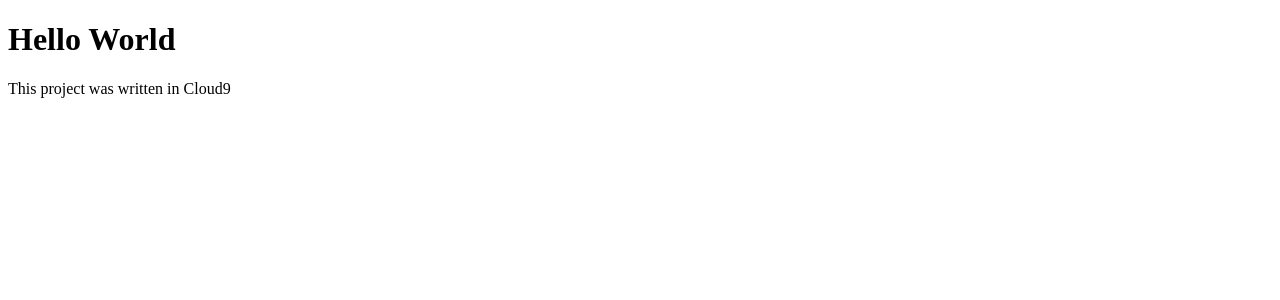
Repository: Christopher-Simpson/My-first-website
Page: Stream One.html
The author's editor kept a record of every edit. The page is drawn from the files as they stood at one moment, then again after the next edit.
The browser window is 1280 px wide. The pictures show the whole page.

Above is the page before.

After the next edit:
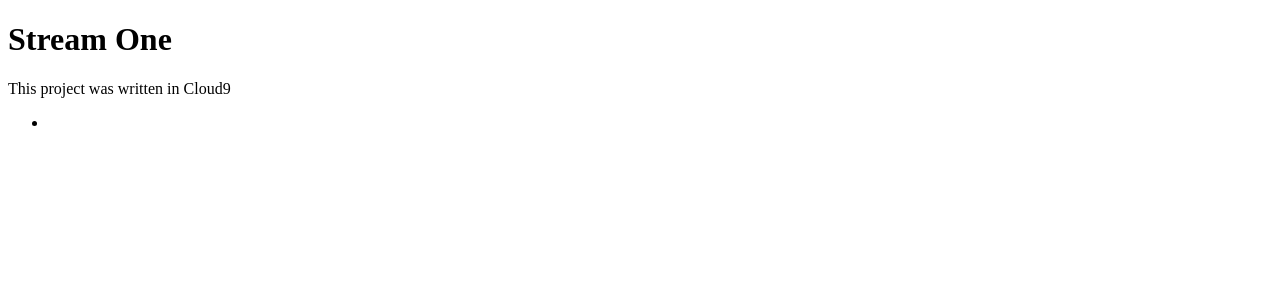
The edit:
--- a/Stream One.html
+++ b/Stream One.html
@@ -4,7 +4,12 @@
         <title>Hello World</title>
     </head>
     <body>
-        <h1>Hello World</h1>
+        <h1>Stream One</h1>
         <p>This project was written in Cloud9</p>
+        <nav>
+            <ul>
+                <li><a href="stream</li>
+            </ul>
+        </nav>
     </body>
 </html>
